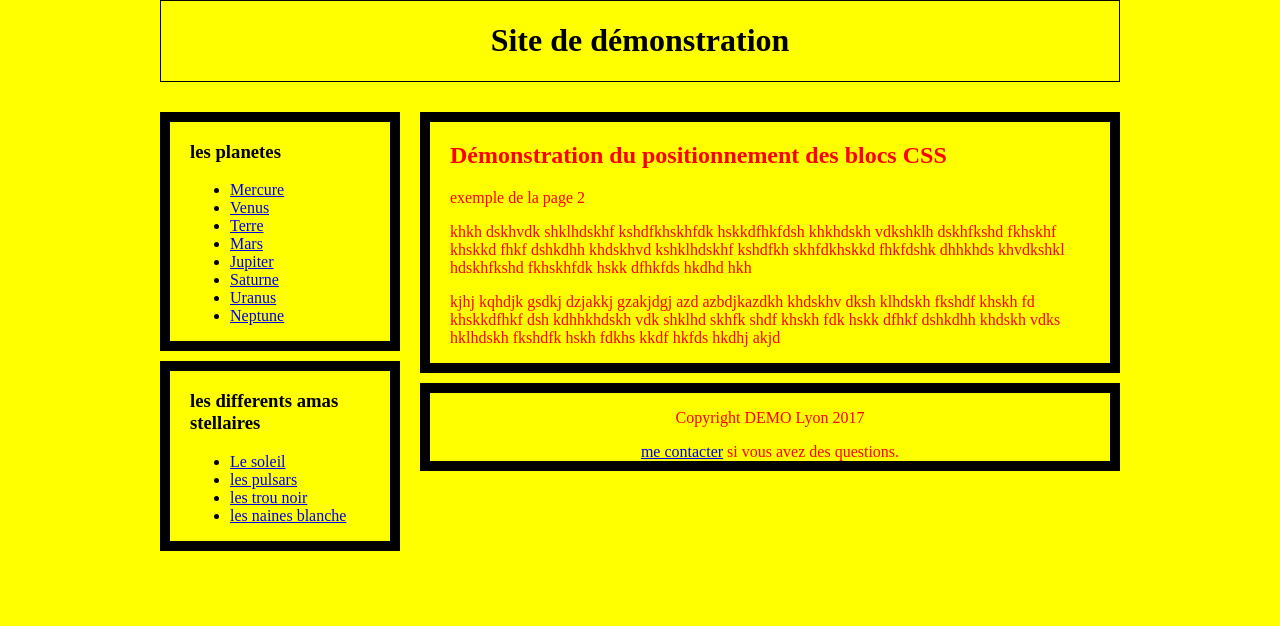
Repository: Poulpyto/fitec
Page: workspaceHtmlFlo/ModelePage1Flo/WebContent/index.html
The author's editor kept a copy of each file at every save. The page is drawn from the files as they stood at one save, then again after the next save.
The browser window is 1280 px wide. The pictures show the whole page.

Above is the page before, as saved 2017-04-04 13:57:24.

After the next save:
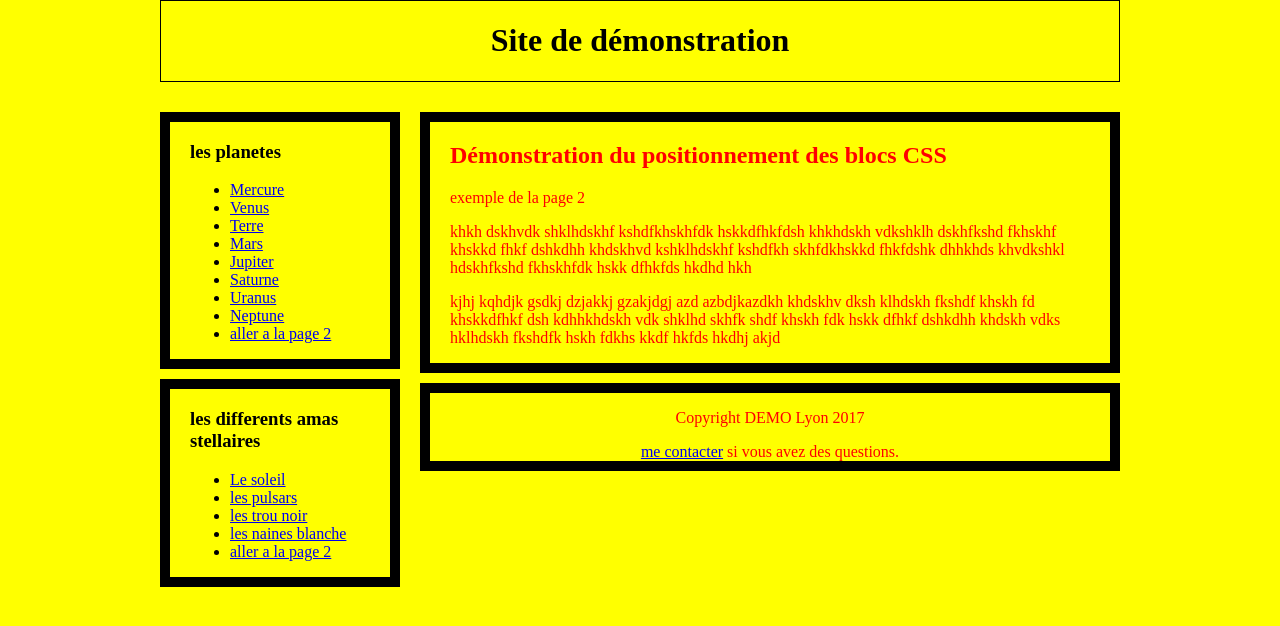
Saved 38 s later.
--- a/workspaceHtmlFlo/ModelePage1Flo/WebContent/index.html
+++ b/workspaceHtmlFlo/ModelePage1Flo/WebContent/index.html
@@ -24,6 +24,7 @@
 				<li><a href= "#">Saturne</a></li>
 				<li><a href= "#">Uranus</a></li>
 				<li><a href= "#">Neptune</a></li>
+				<li><a href= "page2.html">aller a la page 2 </a></li>
 			</ul>
 	</div>
 	<div class="block espace">
@@ -33,6 +34,7 @@
 			<li><a href= "#">les pulsars</a></li>
 			<li><a href= "#">les trou noir</a></li>
 			<li><a href= "#">les naines blanche</a></li>
+			<li><a href= "page2.html">aller a la page 2 </a></li>
 		</ul>
 	</div>
 	</div>
